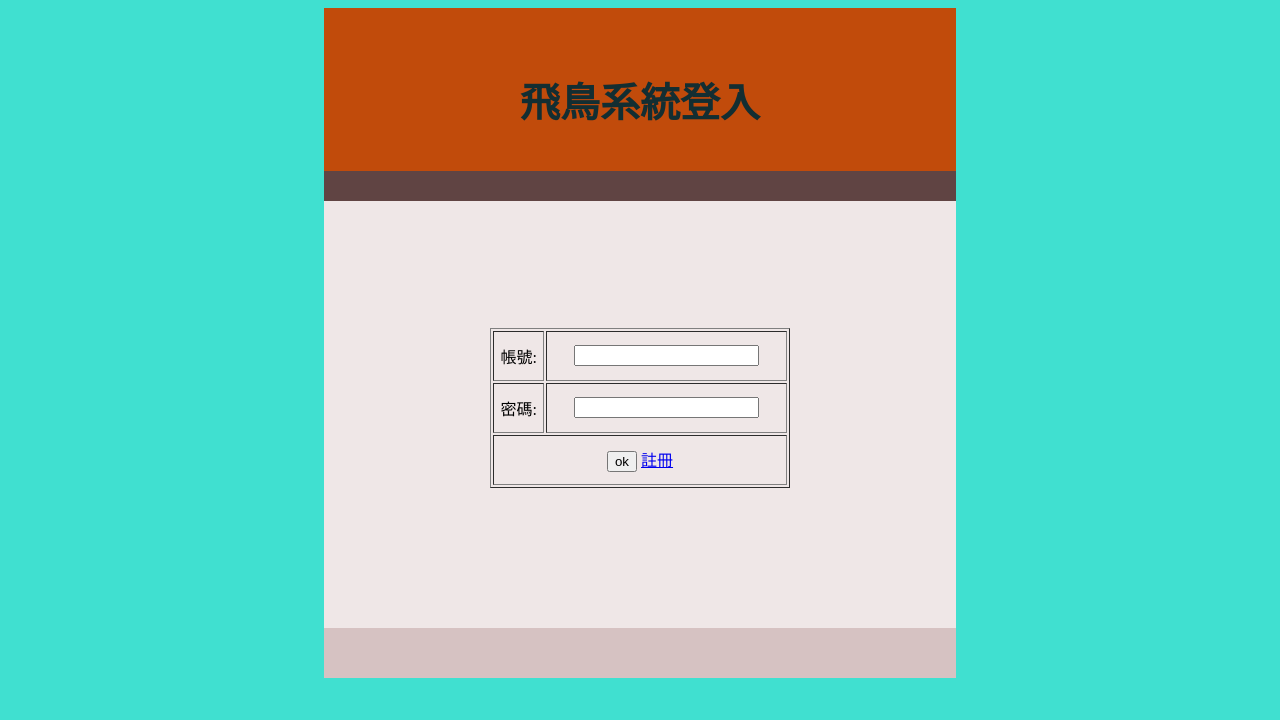
Repository: pride0420/portfolio
Page: Portfolio/1_springBoot/src/main/resources/static/index.html
These files come from the project's save history. The page is drawn as it stood at one moment and after the next save; the edit follows.
The browser window is 1280 px wide. The pictures show the whole page.

Above is the page before, as saved 2023-11-30 14:42:33.

After the next save:
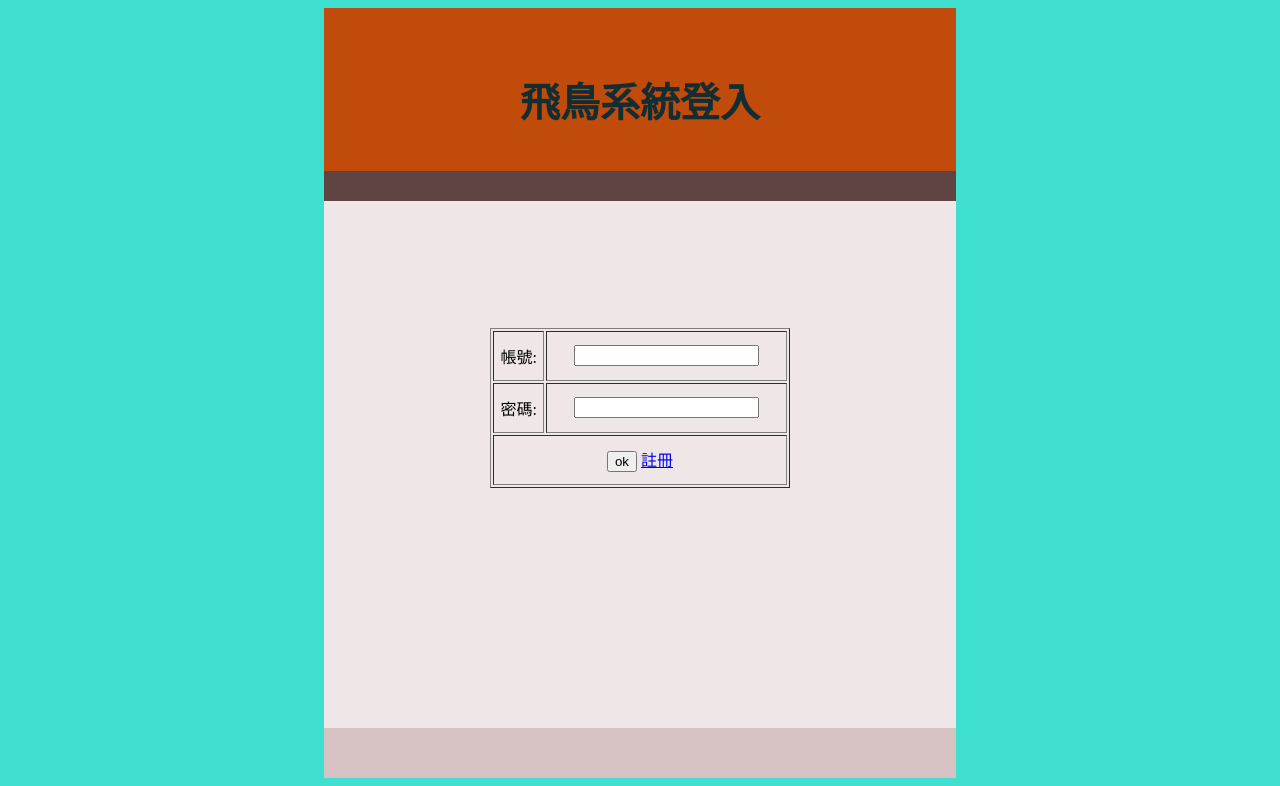
Saved 10 s later.
--- a/Portfolio/1_springBoot/src/main/resources/static/css/index.css
+++ b/Portfolio/1_springBoot/src/main/resources/static/css/index.css
@@ -28,7 +28,7 @@ body{
 #content{
 	background-color:#EFE7E7;
 	width: 50%;
-	height:300px;
+	height:400px;
 	margin-left: 25%;
 	padding-top: 10%;
 }
